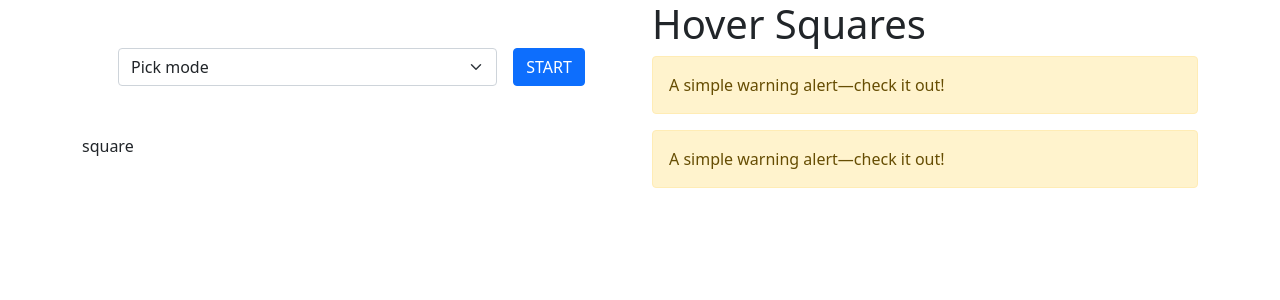
Repository: tsydikov/StarNaviTestTask
Page: /
These files come from the project's save history. The page is drawn as it stood at one moment and after the next save; the edit follows.
The browser window is 1280 px wide. The pictures show the whole page.
The project was rebuilt for these pictures with package versions that can differ from the ones it lists, and the page was loaded fresh each time.

Above is the page before, as saved 2021-08-13 10:40:59.

### public/index.html
<!DOCTYPE html>
<html lang="en">
  <head>
    <meta charset="utf-8" />
    <link rel="icon" href="%PUBLIC_URL%/favicon.ico" />
    <meta name="viewport" content="width=device-width, initial-scale=1" />
    <meta name="theme-color" content="#000000" />
    <meta
      name="description"
      content="Web site created using create-react-app"
    />
    <link rel="apple-touch-icon" href="%PUBLIC_URL%/logo192.png" />
    <!--
      manifest.json provides metadata used when your web app is installed on a
      user's mobile device or desktop. See https://developers.google.com/web/fundamentals/web-app-manifest/
    -->
    <link rel="manifest" href="%PUBLIC_URL%/manifest.json" />
    <link href="https://cdn.jsdelivr.net/npm/bootstrap@5.1.0/dist/css/bootstrap.min.css" rel="stylesheet" integrity="sha384-KyZXEAg3QhqLMpG8r+8fhAXLRk2vvoC2f3B09zVXn8CA5QIVfZOJ3BCsw2P0p/We" crossorigin="anonymous">
    <!--
      Notice the use of %PUBLIC_URL% in the tags above.
      It will be replaced with the URL of the `public` folder during the build.
      Only files inside the `public` folder can be referenced from the HTML.

      Unlike "/favicon.ico" or "favicon.ico", "%PUBLIC_URL%/favicon.ico" will
      work correctly both with client-side routing and a non-root public URL.
      Learn how to configure a non-root public URL by running `npm run build`.
    -->
    <title>React App</title>
  </head>
  <body>
    <noscript>You need to enable JavaScript to run this app.</noscript>
    <div id="root"></div>
    <!--
      This HTML file is a template.
      If you open it directly in the browser, you will see an empty page.

      You can add webfonts, meta tags, or analytics to this file.
      The build step will place the bundled scripts into the <body> tag.

      To begin the development, run `npm start` or `yarn start`.
      To create a production bundle, use `npm run build` or `yarn build`.
    -->
  </body>
</html>

### src/App.js
import React from 'react'
import './App.css'

function App() {
  return (
    <div className="container">
      <div className="row ">
        <div className="col">
          <div className="row">
            <div className="col p-5">
              <select class="form-select p" aria-label="Default select example">
                <option selected>Pick mode</option>
                <option value="1">Easy</option>
                <option value="2">Normal</option>
                <option value="3">Hard</option>
              </select>
              <button type="button" class="btn btn-primary">START</button>
            </div>
          </div>
          <div className="row">
            <div className="col">
              square
            </div>
          </div>
        </div>
        <div className="col">
          <h1>Hover Squares</h1>
          <div class="alert alert-warning" role="alert">
            A simple warning alert—check it out!
          </div>
            <div class="alert alert-warning" role="alert">
              A simple warning alert—check it out!
            </div>
        </div>
      </div>
    </div>
  );
}

export default App;

### src/App.css
.p {
    float: left;
    width: 80%;
    margin-right: 1rem;
}

Loaded but not shown: src/index.js (common file); src/reportWebVitals.js (common file)

After the next save:
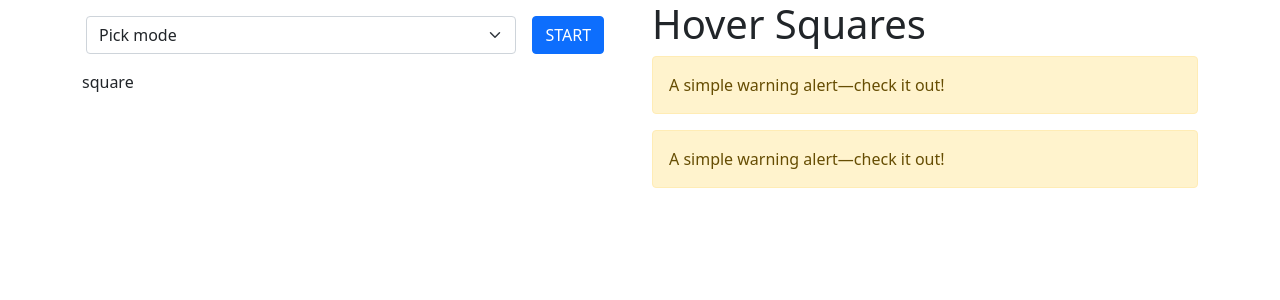
Saved 4 s later.
--- a/src/App.js
+++ b/src/App.js
@@ -7,7 +7,7 @@ function App() {
       <div className="row ">
         <div className="col">
           <div className="row">
-            <div className="col p-5">
+            <div className="col p-3">
               <select class="form-select p" aria-label="Default select example">
                 <option selected>Pick mode</option>
                 <option value="1">Easy</option>
